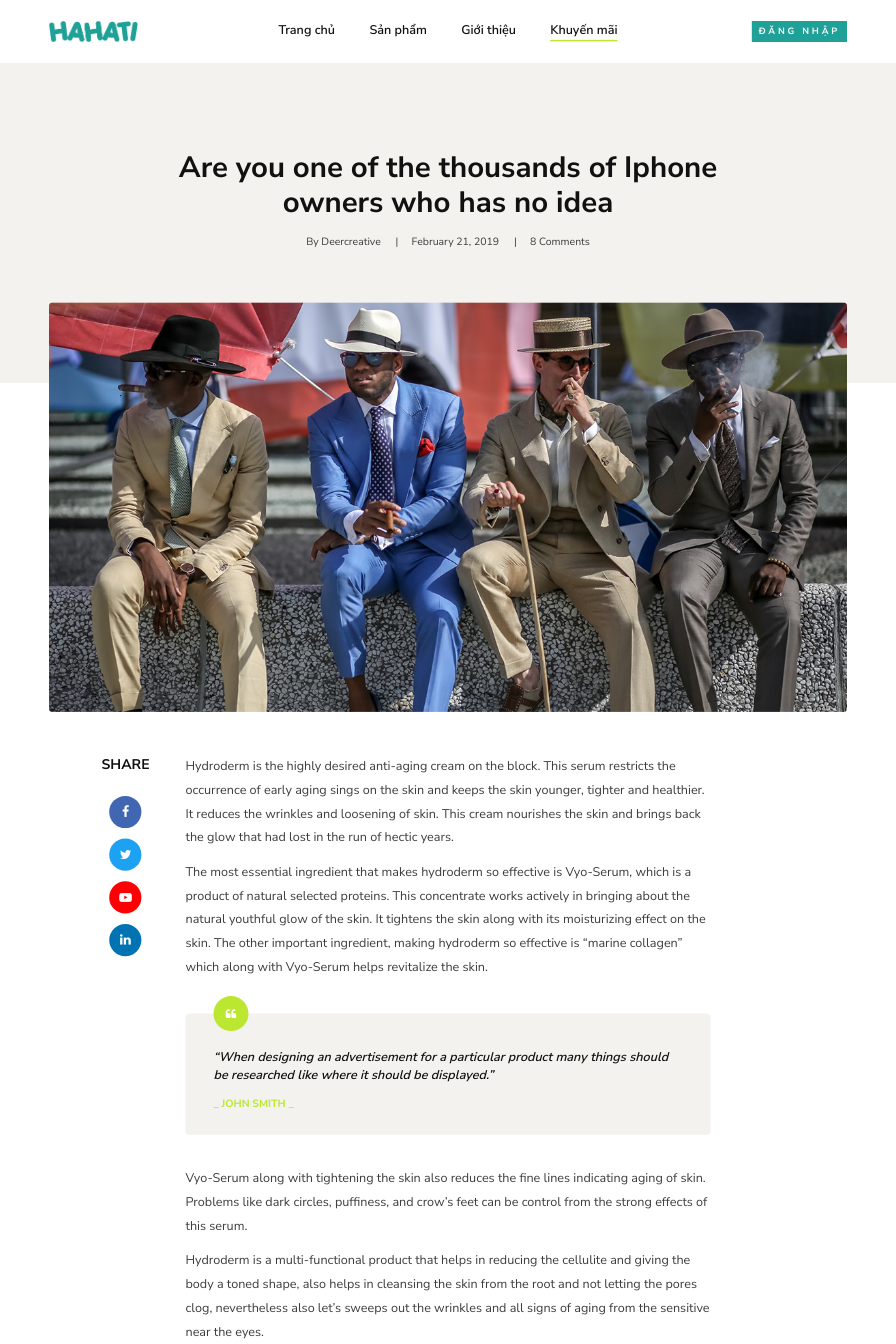
Repository: letrongtinh27/template
Page: blog-details.html
The author's editor kept a copy of each file at every save. The page is drawn from the files as they stood at one save, then again after the next save.
The browser window is 1280 px wide. The pictures show the part of the page from y = 0 to 1920 px (the page is 3026 px tall), at 70% of full size.

Above is the page before, as saved 2022-10-27 08:32:49.

After the next save:
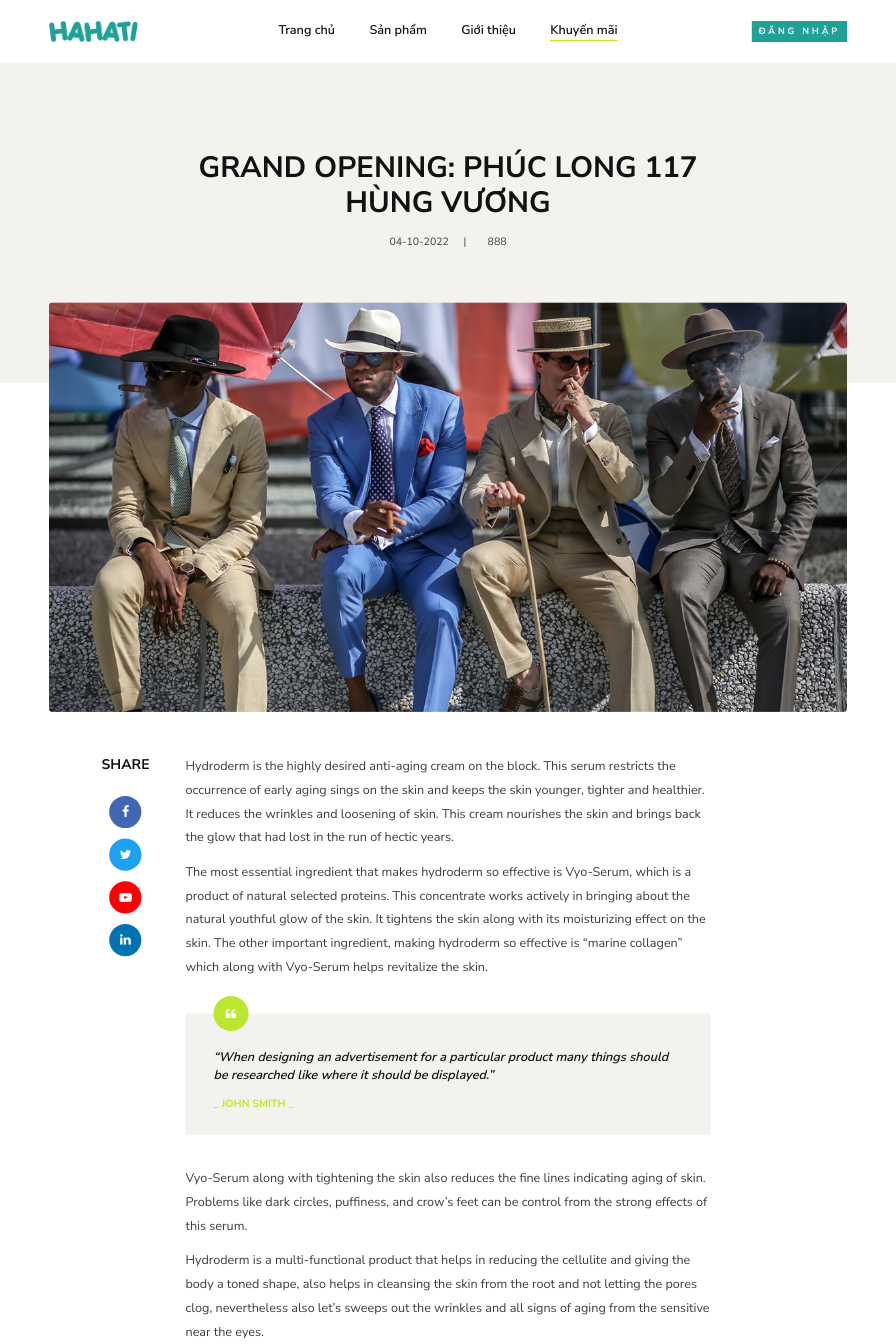
Saved 6 min 25 s later.
--- a/blog-details.html
+++ b/blog-details.html
@@ -98,11 +98,10 @@
             <div class="row d-flex justify-content-center">
                 <div class="col-lg-9 text-center">
                     <div class="blog__hero__text">
-                        <h2>Are you one of the thousands of Iphone owners who has no idea</h2>
+                        <h2>GRAND OPENING: PHÚC LONG 117 HÙNG VƯƠNG</h2>
                         <ul>
-                            <li>By Deercreative</li>
-                            <li>February 21, 2019</li>
-                            <li>8 Comments</li>
+                            <li>04-10-2022</li>
+                            <li><i class="fa-solid fa-eye"></i>888</li>
                         </ul>
                     </div>
                 </div>
